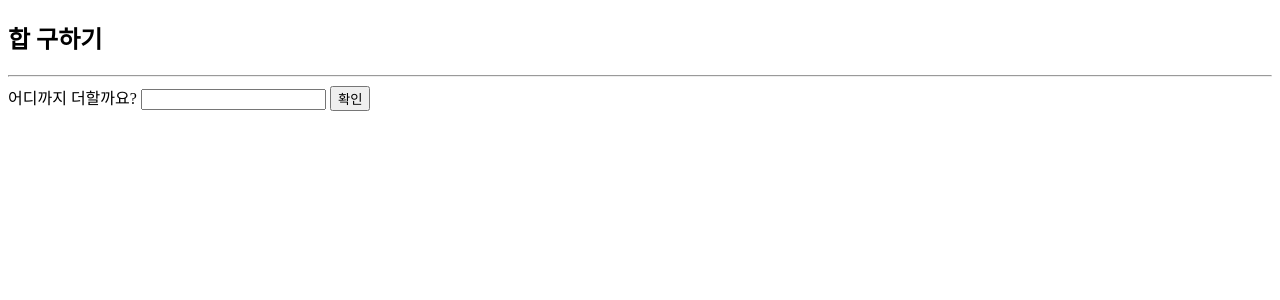
Repository: MegiLove/JavascriptStudy
Page: http://localhost/day1230/sumTest.jsp
These files come from the project's save history. The page is drawn as it stood at one moment and after the next save; the edit follows.
The browser window is 1280 px wide. The pictures show the whole page.
The page is served by Tomcat 9.

Above is the page before, as saved 2021-12-30 08:37:43.

### day1230/src/main/webapp/sumTest.jsp
<%@ page language="java" contentType="text/html; charset=UTF-8"
    pageEncoding="UTF-8"%>
<!DOCTYPE html>
<html>
<head>
<meta charset="UTF-8">
<title>Insert title here</title>
</head>
<body>
	<h2>합 구하기</h2>
	<hr>
	어디까지 더할까요?
	<input type="text" id="num">
	<button>확인</button>
</body>
</html>

After the next save:
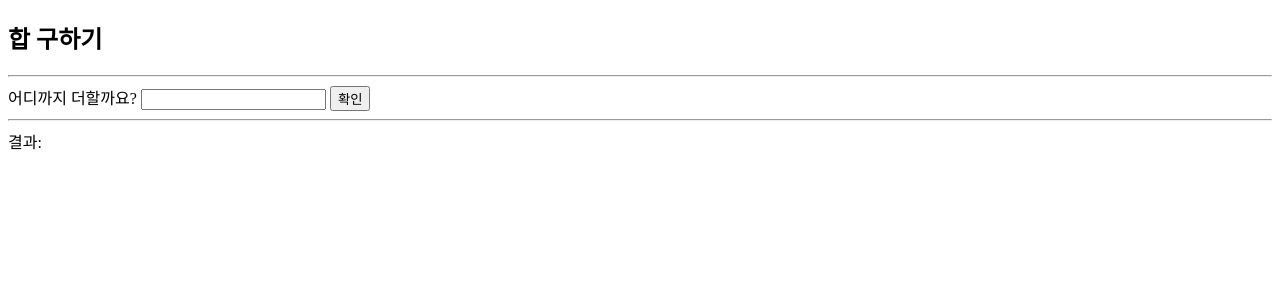
Saved 39 s later.
--- a/day1230/src/main/webapp/sumTest.jsp
+++ b/day1230/src/main/webapp/sumTest.jsp
@@ -11,6 +11,8 @@
 	<hr>
 	어디까지 더할까요?
 	<input type="text" id="num">
-	<button>확인</button>
+	<button id="btnOK">확인</button>
+	<hr>
+	결과: <span id="result"></span>
 </body>
 </html>
